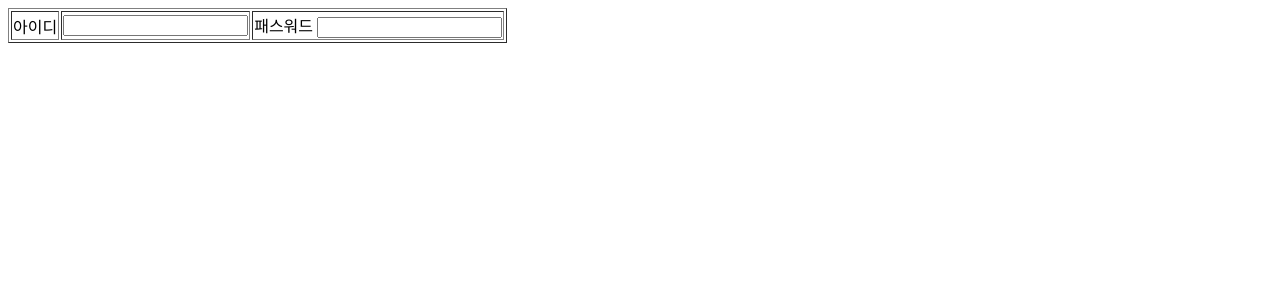
Repository: kisunssong/jsp
Page: test/WebContent/form.tag.htm
These files come from the project's save history. The page is drawn as it stood at one moment and after the next save; the edit follows.
The browser window is 1280 px wide. The pictures show the whole page.

Above is the page before, as saved 2020-11-16 12:02:31.

### test/WebContent/form.tag.htm
<!DOCTYPE html>
<html>
<head>
<meta charset="euc-kr">
<title>플래그 연습</title>
</head>
<body>
  <!-- 폼을 구성하는 태그들
  : 폼은 데이터를 전송할 때 사용하는 태그
         회원가입 : 이름, 전화번호, 주소...
    <form> 자신의 태그내에 있는 데이터를 지정한 웹 주소로 전송해준다.
    form 데이터 전송방식
    GET방식 : 데이터용량이 작은 256~4096바이트
    POST방식 : 대용량의 데이터를 보낼때 유용하다.(보안상안전)
    form 속성
    method : 데이터 전송방식을 지정
    name : 폼의 이름을 지정. 자바스크립에서 폼내의 데이터를 구분할 때 사용한다.
    action : 폼내의 데이터를 이동시킬 위치를 지정한다.
    enctype : 대용량의 파일의 데이터 속성을 지정한다.

        구성태그
    <input></input>
    -->
    <form action="http://www.naver.com/index.html">
    <table border="1">
      <tr>
        <td>아이디</td>
        <td>
          <input type="text" name="id">
        </td>
        <td>패스워드
          <input type="password" name="pw">
        </td>
      </tr>
    </table>
    </form>
</body>
</html>

After the next save:
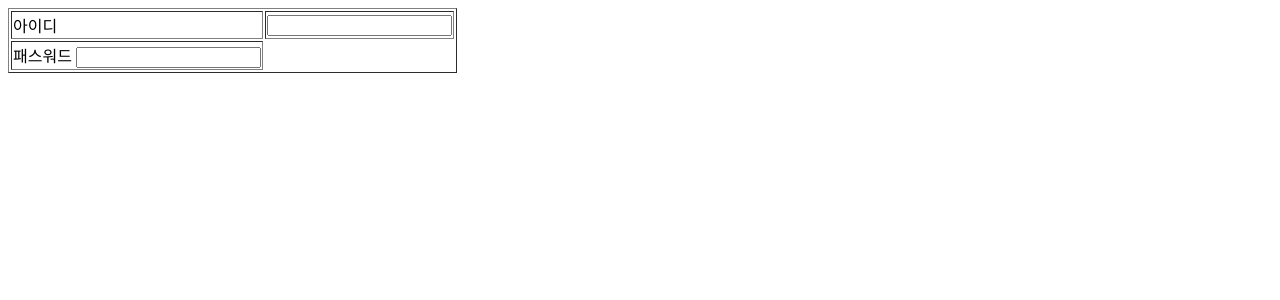
Saved 74 s later.
--- a/test/WebContent/form.tag.htm
+++ b/test/WebContent/form.tag.htm
@@ -28,9 +28,10 @@
         <td>
           <input type="text" name="id">
         </td>
-        <td>패스워드
-          <input type="password" name="pw">
-        </td>
+      <tr>
+       <td>패스워드
+         <input type="password" name="pw">
+       </td>
       </tr>
     </table>
     </form>
